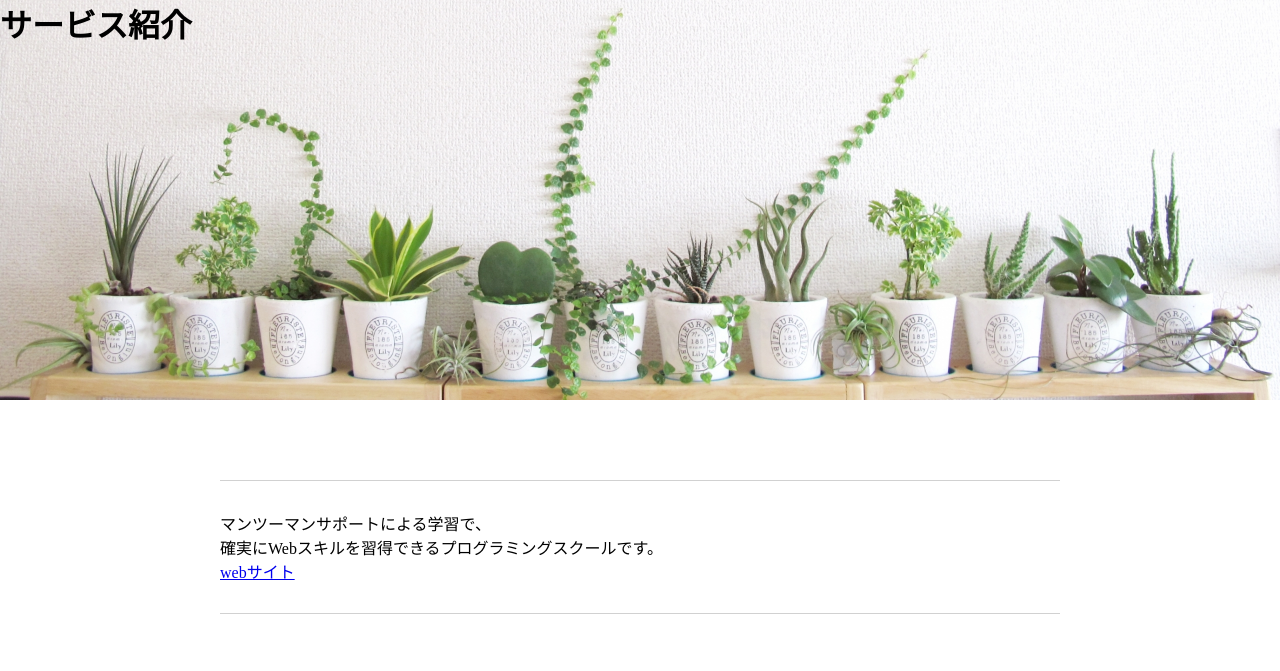
Repository: yesohnuki/shinya-ohnuki
Page: caravan/7.html
The author's editor kept a record of every edit. The page is drawn from the files as they stood at one moment, then again after the next edit.
The browser window is 1280 px wide. The pictures show the whole page.

Above is the page before.

After the next edit:
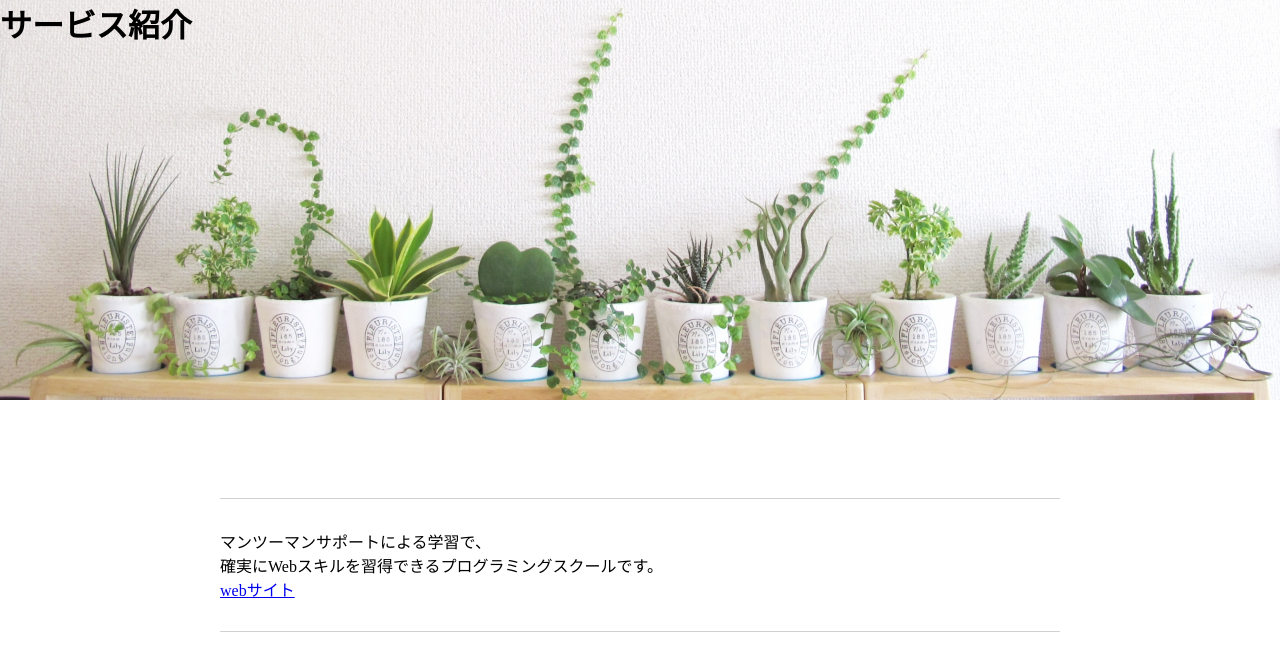
The edit:
--- a/caravan/7.html
+++ b/caravan/7.html
@@ -14,7 +14,7 @@
     </headline>
 
     <main>
-      <div class="wc=logo.png"></div>
+      <img class="wc=logo.png"></img>
       <div class="service1"></div>
       マンツーマンサポートによる学習で、<br>
       確実にWebスキルを習得できるプログラミングスクールです。</br>
